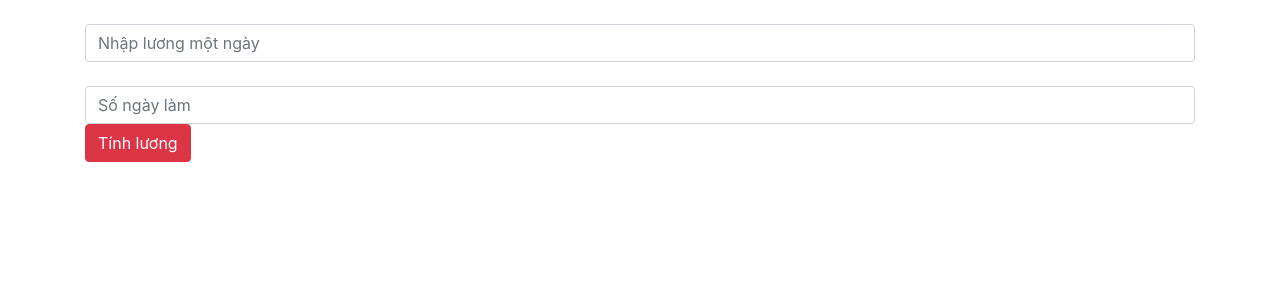
Repository: thanhfrankie/BC10-LeMinhThanh-Js-b2-3
Page: index.html
These files come from the project's save history. The page is drawn as it stood at one moment and after the next save; the edit follows.
The browser window is 1280 px wide. The pictures show the whole page.

Above is the page before, as saved 2023-12-15 15:19:40.

### index.html
<!DOCTYPE html>
<html lang="en">
  <head>
    <title>Title</title>
    <!-- Required meta tags -->
    <meta charset="utf-8" />
    <meta
      name="viewport"
      content="width=device-width, initial-scale=1, shrink-to-fit=no"
    />

    <!-- Bootstrap CSS -->
    <link
      rel="stylesheet"
      href="https://stackpath.bootstrapcdn.com/bootstrap/4.3.1/css/bootstrap.min.css"
      integrity="sha384-ggOyR0iXCbMQv3Xipma34MD+dH/1fQ784/j6cY/iJTQUOhcWr7x9JvoRxT2MZw1T"
      crossorigin="anonymous"
    />
  </head>
  <body>
    <!-- Bài tập 1 -->
    <div class="container">
      <div class="form-group">
        <label for="luong-mot-ngay"></label>
        <input
          type="number"
          class="form-control"
          name=""
          id="luong-mot-ngay"
          aria-describedby="helpId"
          placeholder="Nhập lương một ngày"
          required
        />
        <label for="so-ngay-lam"></label>
        <input
          type="number"
          class="form-control"
          name=""
          id="so-ngay-lam"
          aria-describedby="helpId"
          placeholder="Số ngày làm"
          required
        />
        <button type="button" onclick="tinhLuong()" class="btn btn-danger pt4">
          Tính lương
        </button>
      </div>
      <h2 id="luong-nhan-duoc"></h2>
    </div>

    <!-- Optional JavaScript -->
    <!-- jQuery first, then Popper.js, then Bootstrap JS -->
    <script
      src="https://code.jquery.com/jquery-3.3.1.slim.min.js"
      integrity="sha384-q8i/X+965DzO0rT7abK41JStQIAqVgRVzpbzo5smXKp4YfRvH+8abtTE1Pi6jizo"
      crossorigin="anonymous"
    ></script>
    <script
      src="https://cdnjs.cloudflare.com/ajax/libs/popper.js/1.14.7/umd/popper.min.js"
      integrity="sha384-UO2eT0CpHqdSJQ6hJty5KVphtPhzWj9WO1clHTMGa3JDZwrnQq4sF86dIHNDz0W1"
      crossorigin="anonymous"
    ></script>
    <script
      src="https://stackpath.bootstrapcdn.com/bootstrap/4.3.1/js/bootstrap.min.js"
      integrity="sha384-JjSmVgyd0p3pXB1rRibZUAYoIIy6OrQ6VrjIEaFf/nJGzIxFDsf4x0xIM+B07jRM"
      crossorigin="anonymous"
    ></script>
    <script src="./index.js"></script>
  </body>
</html>

### index.js
// Bài tập 1
/**
 * B1: tạo biến, lấy giá trị từ input
 * B2: Tính lương
 * + tạo biến để tính lương: lương 1 ngày * số ngày làm
 * + gán sự kiện click cho button
 * B3: hiển thị kết quả
 */
function tinhLuong() {
  // B1:
  var luongMotNgay = document.getElementById("luong-mot-ngay").value;
  var soNgayLam = document.getElementById("so-ngay-lam").value;
  // B2, B3:
  var luongNhanDuoc = document.getElementById("luong-nhan-duoc");
  luongNhanDuoc.innerText = luongMotNgay * soNgayLam;
}

After the next save:
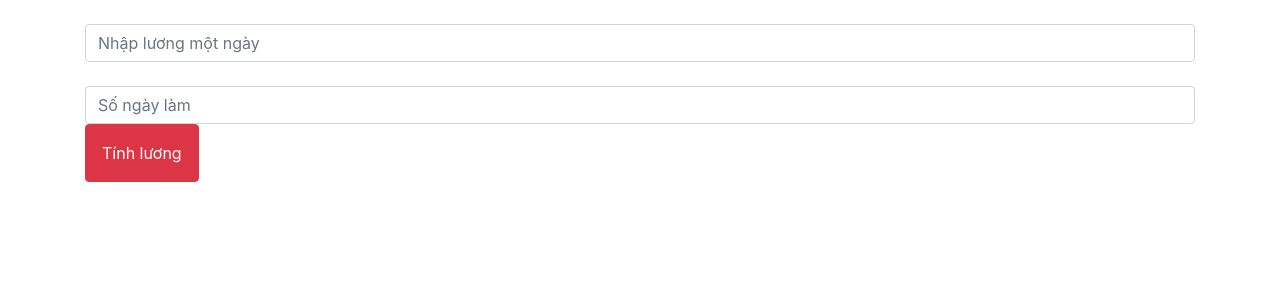
Saved 26 s later.
--- a/index.html
+++ b/index.html
@@ -41,7 +41,7 @@
           placeholder="Số ngày làm"
           required
         />
-        <button type="button" onclick="tinhLuong()" class="btn btn-danger pt4">
+        <button type="button" onclick="tinhLuong()" class="btn btn-danger p-3">
           Tính lương
         </button>
       </div>
